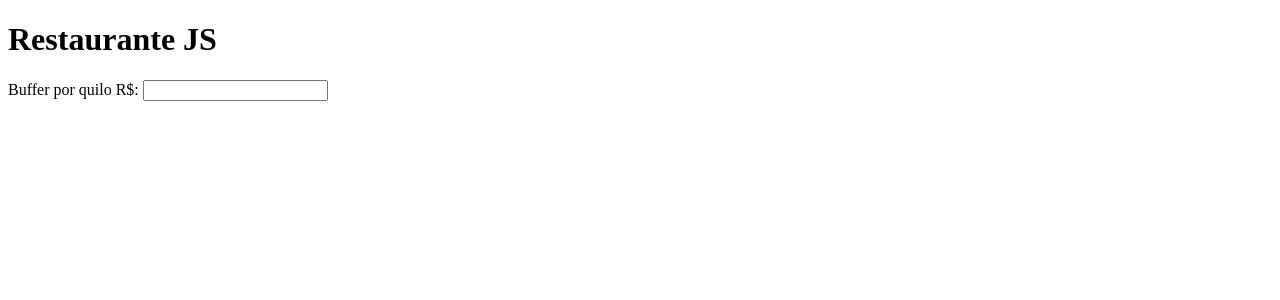
Repository: JhonMercedes/Javascript-book
Page: cap2/ex2_4.html
The author's editor kept a copy of each file at every save. The page is drawn from the files as they stood at one save, then again after the next save.
The browser window is 1280 px wide. The pictures show the whole page.

Above is the page before, as saved 2021-12-04 23:31:35.

### cap2/ex2_4.html
<!DOCTYPE html>
<html lang="en">
<head>
    <meta charset="UTF-8">
    <meta http-equiv="X-UA-Compatible" content="IE=edge">
    <meta name="viewport" content="width=device-width, initial-scale=1.0">
    <title>Restaurante JS</title>
</head>
<body>
    <h1>Restaurante JS</h1>
    <p>Buffer por quilo R$:
        <input type="text">
    </p>
</body>
</html>

After the next save:
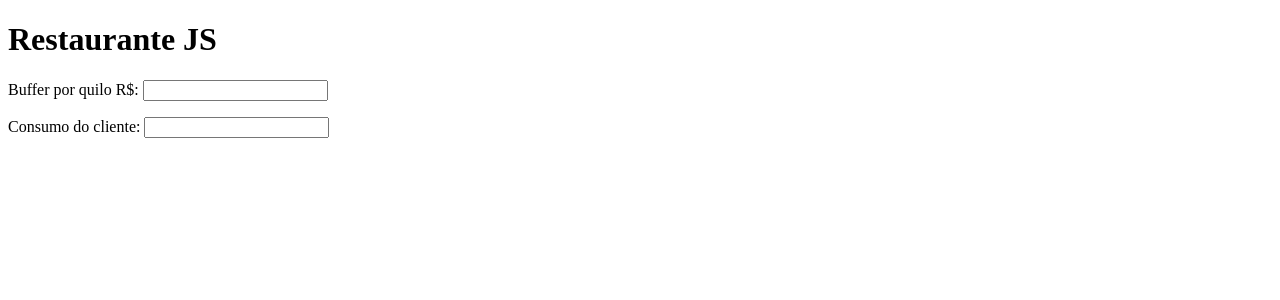
Saved 19 s later.
--- a/cap2/ex2_4.html
+++ b/cap2/ex2_4.html
@@ -11,5 +11,8 @@
     <p>Buffer por quilo R$:
         <input type="text">
     </p>
+    <p>Consumo do cliente:
+        <input type="text">
+    </p>
 </body>
 </html>
